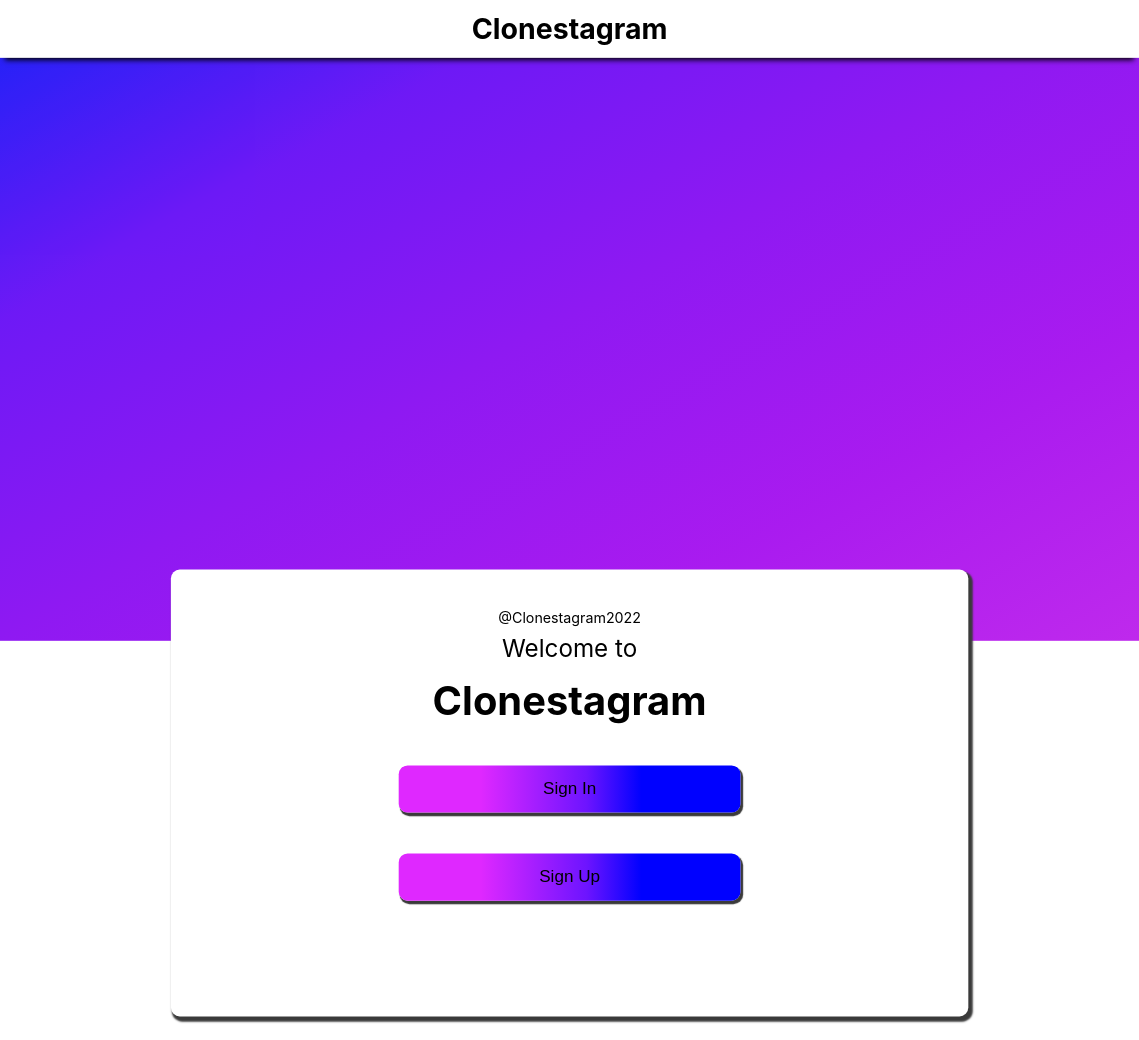
Repository: MikeMoore55/clonestagram
Page: /
An editor plug-in stored every save of this project. The page is shown before and after the next save, followed by the edit.
The browser window is 1280 px wide. The pictures show the whole page, at 89% of full size.
The project was rebuilt for these pictures with package versions that can differ from the ones it lists, and the page was loaded fresh each time. The framework's server and built-in components were replaced by stand-ins that run in the browser. Also part of the build but not shown: next.config.js.

Above is the page before, as saved 2022-11-18 08:36:16.

### pages/_app.jsx
import Layout from '../components/Layout/Layout';
import '../styles/globals.css';

export default function MyApp({ Component, pageProps }) {
  return (
    <Layout>
      <Component {...pageProps} />
    </Layout>
  );
};

### pages/index.jsx
import Head from 'next/head';
import Image from 'next/image';
import styles from '../styles/Home.module.css';
import Link from 'next/link';

export default function Home() {
  return (
    <div className={styles.container}>

      <div className={styles.greetingContainer}>
        <p>Welcome to</p>
        <h3>Clonestagram</h3>
        <div className={styles.btnsContainer}>
        <button className={styles.btn}>
          <Link href='/signin'>
            Sign In
          </Link>
        </button>

        <button className={styles.btn}>
          <Link href='/signup'>
            Sign Up
          </Link>
          </button>
        </div>
      </div>

      <div className={styles.backgroundFeature}>
        1
      </div>

      <div className={styles.bottomContainer}>
        <p>@Clonestagram2022</p>
      </div>
    </div>
  );
};

### components/Layout/Layout.jsx
import React from 'react';
import Header from './Header';

export default function Layout({children}) {
  return (
    <div id='Layout'>
      <Header />
      {children}
    </div>
  );
};

### styles/globals.css
html,
body {
  padding: 0;
  margin: 0;
  font-family: -apple-system, BlinkMacSystemFont, Segoe UI, Roboto, Oxygen,
    Ubuntu, Cantarell, Fira Sans, Droid Sans, Helvetica Neue, sans-serif;
}

a {
  color: inherit;
  text-decoration: none;
}

* {
  box-sizing: border-box;
}

@media (prefers-color-scheme: dark) {
  html {
    color-scheme: dark;
  }

  body {
    color: black;
    background: rgb(234, 233, 233);
  }
}

### styles/Home.module.css
.container {
    position: relative;
    padding-top: 20%;
}

.greetingContainer {
    position: relative;
    width: 70%;
    margin: 43% 15% 2% 15%;
    background-color: white;
    padding: 7% 5% 9% 5%;
    border-radius: 10px;
    box-shadow: 3px 4px 2px 2px rgb(58, 58, 58);
}

.greetingContainer p {
    position: relative;
    margin: 1%;
    padding: 0%;
    text-align: center;
    font-size: 1.2em;
}

.greetingContainer h3 {
    position: relative;
    margin: 2%;
    padding: 0%;
    text-align: center;
    font-size: 1.8em;
}

.btn {
    position: relative;
    width: 50%;
    margin: 4% 25% 2% 25%;
    background: rgb(223, 40, 255);
    background: linear-gradient(90deg, rgba(223, 40, 255, 1) 24%, rgba(109, 20, 255, 1) 55%, rgba(0, 1, 255, 1) 71%);
    border: none;
    border-radius: 10px;
    padding: 2%;
    font-size: 1.2em;
    box-shadow: 2px 3px 1px 1px rgb(58, 58, 58);
}

.btn:active {
    transform: scale(0.9);
}

.backgroundFeature {
    position: fixed;
    color: transparent;
    background-image: linear-gradient(to right bottom, #000bf8, #5e00f5, #8300f1, #a002ee, #b812eb);
    width: 100%;
    height: 100%;
    bottom: 0%;
    right: 0%;
    top: 0%;
    left: 0%;
    z-index: -1;
    opacity: 0.9;
}

.bottomContainer {
    position: fixed;
    bottom: 0%;
    left: 0%;
    right: 0%;
    width: 100%;
    text-align: center;
    color: black;
}

@media (min-width: 490px) {

    .container {
        position: relative;
        padding-top: 15%;
    }

    .greetingContainer {
        position: relative;
        width: 70%;
        margin: 35% 15% 2% 15%;
        background-color: white;
        padding: 5% 5% 9% 5%;
        border-radius: 10px;
        box-shadow: 3px 4px 2px 2px rgb(58, 58, 58);
    }

    .greetingContainer p {
        position: relative;
        margin: 1%;
        padding: 0%;
        text-align: center;
        font-size: 1.7em;
    }

    .greetingContainer h3 {
        position: relative;
        margin: 2%;
        padding: 0%;
        text-align: center;
        font-size: 2.8em;
    }

    .btn {
        position: relative;
        width: 50%;
        margin: 4% 25% 2% 25%;
        background: rgb(223, 40, 255);
        background: linear-gradient(90deg, rgba(223, 40, 255, 1) 24%, rgba(109, 20, 255, 1) 55%, rgba(0, 1, 255, 1) 71%);
        border: none;
        border-radius: 10px;
        padding: 2%;
        font-size: 1.2em;
        box-shadow: 2px 3px 1px 1px rgb(58, 58, 58);
    }

    .btn:active {
        transform: scale(0.9);
    }

    .backgroundFeature {
        position: fixed;
        color: transparent;
        background-image: linear-gradient(to right bottom, #000bf8, #5e00f5, #8300f1, #a002ee, #b812eb);
        width: 100%;
        height: 100%;
        bottom: 0%;
        right: 0%;
        top: 0%;
        left: 0%;
        z-index: -1;
        opacity: 0.9;
    }

    .bottomContainer {
        position: fixed;
        bottom: 0%;
        left: 0%;
        right: 0%;
        width: 100%;
        text-align: center;
        color: black;
    }

}

@media (min-width: 1000px) {}

### components/Layout/Header.jsx
import React from 'react';
import styles from '../../styles/Header.module.css';

export default function Header() {
    return (
        <header className={styles.header}>
            <h1>Clonestagram</h1>
        </header>
    );
};

### styles/Header.module.css
.header {
    position: fixed;
    top: 0%;
    left: 0%;
    right: 0%;
    width: 100%;
    text-align: center;
    background-color: white;
    box-shadow: 0 8px 6px -6px black;
    z-index: 5;
    margin: 0%;
    padding: 3.5%;
}

.header h1 {
    margin: 0%;
    padding: 0%;
}


@media (min-width: 490px) {
    .header {
        padding: 3%;
    }

    .header h1 {
        font-size: 2.7em;
    }
}

@media (min-width: 1000px) {
    .header {
        padding: 1%;
    }

    .header h1 {
        font-size: 2em;
    }
}

After the next save:
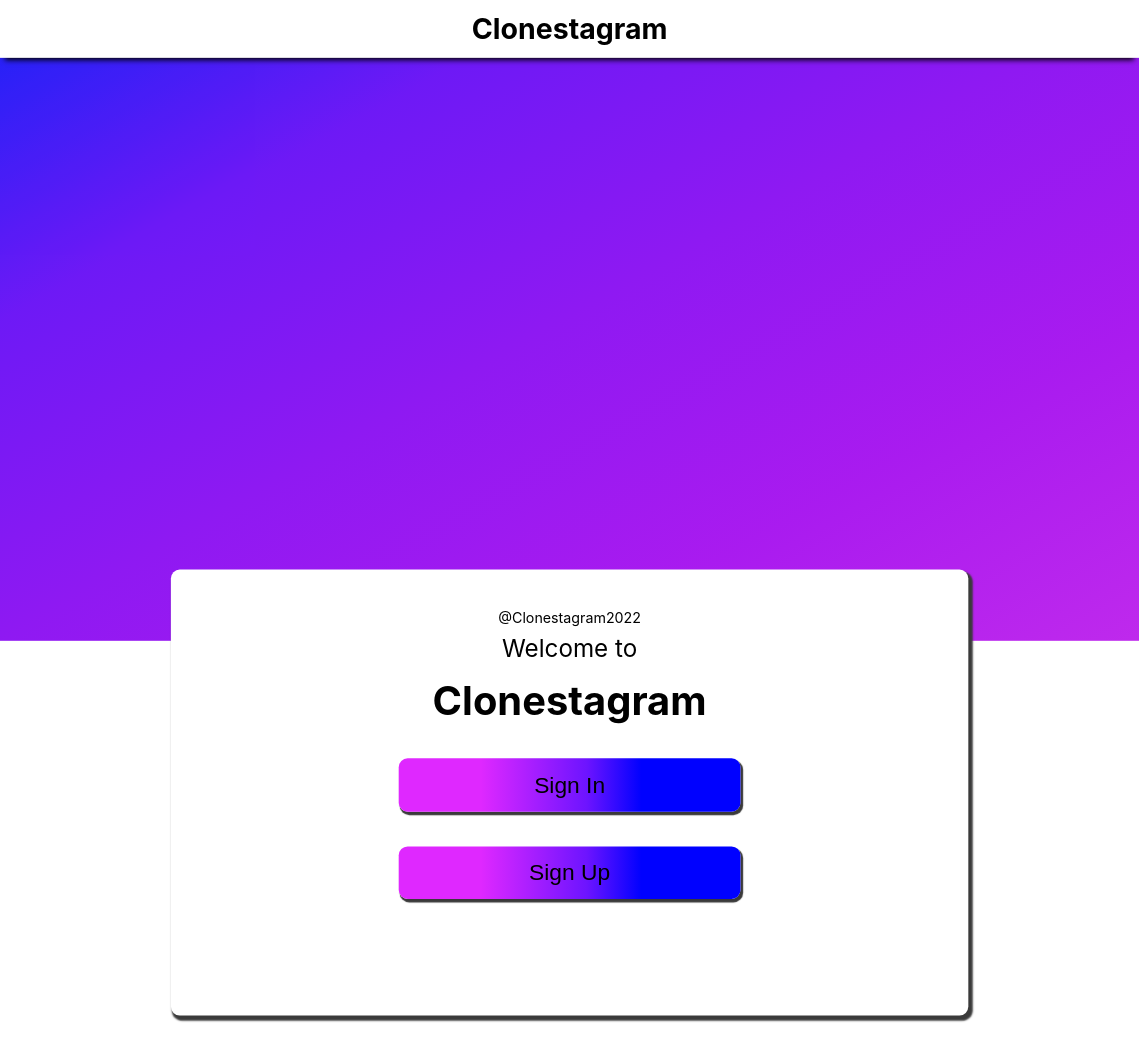
Saved 17 s later.
--- a/styles/Home.module.css
+++ b/styles/Home.module.css
@@ -106,13 +106,13 @@
     .btn {
         position: relative;
         width: 50%;
-        margin: 4% 25% 2% 25%;
+        margin: 3% 25% 2% 25%;
         background: rgb(223, 40, 255);
         background: linear-gradient(90deg, rgba(223, 40, 255, 1) 24%, rgba(109, 20, 255, 1) 55%, rgba(0, 1, 255, 1) 71%);
         border: none;
         border-radius: 10px;
         padding: 2%;
-        font-size: 1.2em;
+        font-size: 1.6em;
         box-shadow: 2px 3px 1px 1px rgb(58, 58, 58);
     }
 
